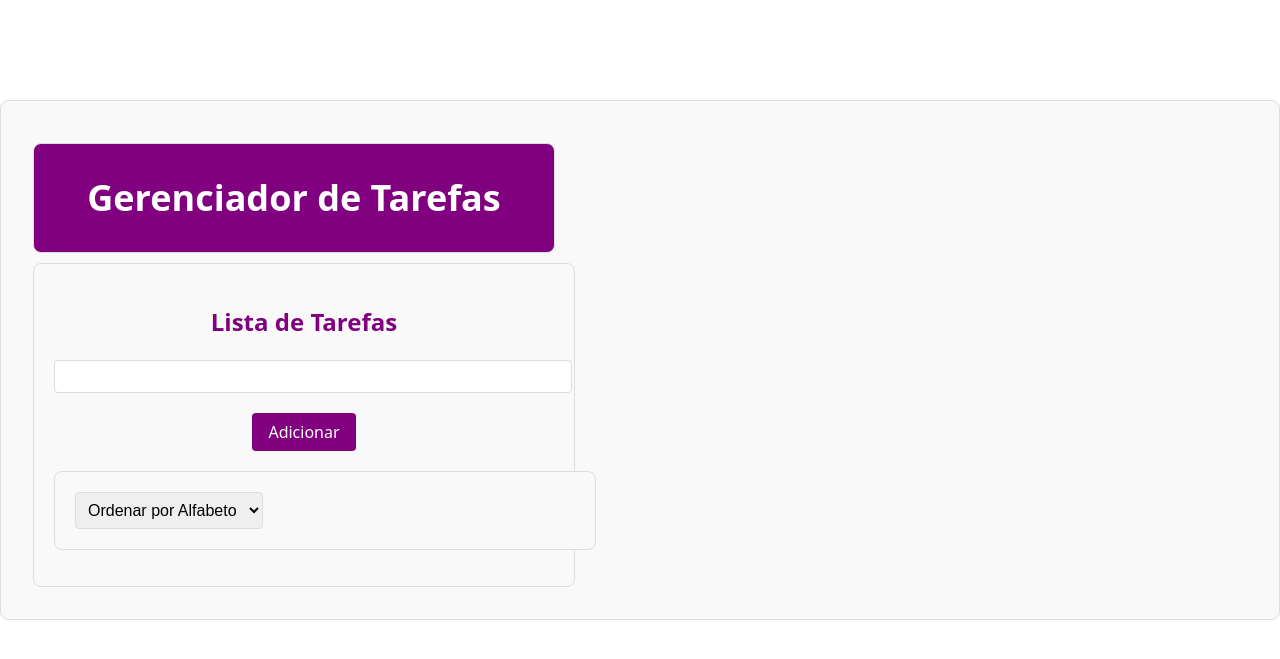
Repository: matheusarrabal12/todo
Page: /
The author's editor kept a copy of each file at every save. The page is drawn from the files as they stood at one save, then again after a run of saves.
The browser window is 1280 px wide. The pictures show the whole page.
The project was rebuilt for these pictures with package versions that can differ from the ones it lists, and the page was loaded fresh each time. Also part of the build but not shown: vite.config.js.

Above is the page before, as saved 2025-04-03 15:26:29.

After the next 4 saves:
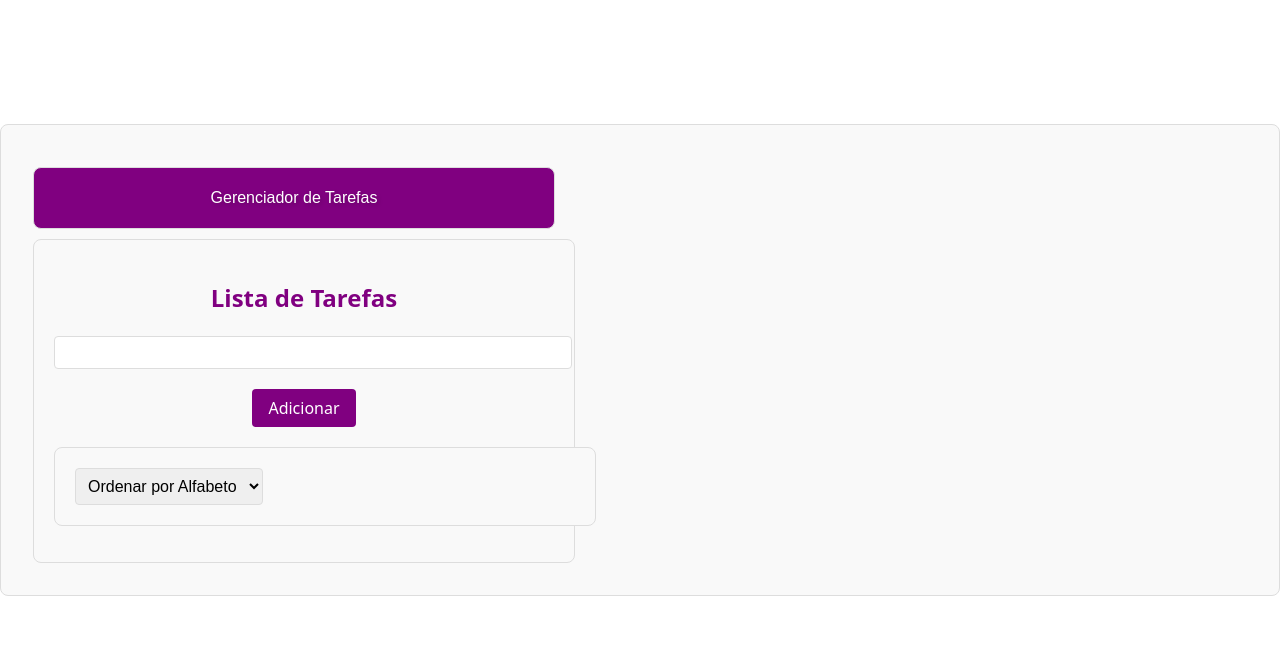
The 4 saves are shown as one change because they came seconds apart.
The last was saved 13 s later.
--- a/src/components/ListaTarefas.css
+++ b/src/components/ListaTarefas.css
@@ -9,7 +9,8 @@ h2 {
     color: #ffffff;
     font-size: 36px;
     font-weight: bold;
-    font font: 1em sans-serif;
+    font: 1em sans-serif;
+    text-shadow: 2px 2px 4px rgba(0, 0, 0, 0.2);
   }
 
   div {
